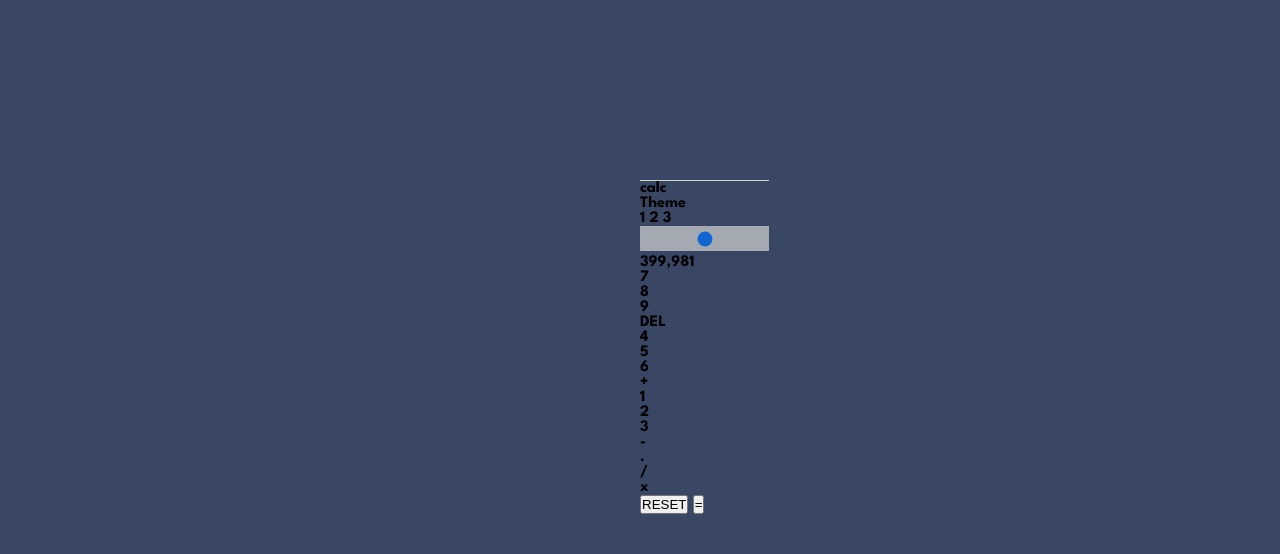
Repository: DevLaukey/calc-with-css-js
Page: index.html
An editor plug-in stored every save of this project. The page is shown before and after the next save, followed by the edit.
The browser window is 1280 px wide. The pictures show the whole page.

Above is the page before, as saved 2022-05-18 12:21:46.

### index.html
<!DOCTYPE html>
<html lang="en">
  <head>
    <meta charset="UTF-8" />
    <meta http-equiv="X-UA-Compatible" content="IE=edge" />
    <meta name="viewport" content="width=device-width, initial-scale=1.0" />
    <title>Calculator</title>
    <link rel="stylesheet" href="./styles.css" />
    <link rel="preconnect" href="https://fonts.googleapis.com" />
    <link rel="preconnect" href="https://fonts.gstatic.com" crossorigin />
    <link
      href="https://fonts.googleapis.com/css2?family=League+Spartan:wght@700&display=swap"
      rel="stylesheet"
    />
  </head>
  <body>
    <div class="body">
      <header class="calculator__header">
        <div class="calculator__name">
          <p>calc</p>
        </div>
        <div class="calculator__slider">
          <p class="calculator__smallText">Theme</p>
          <div class="calculator__block">
            <p>1 2 3</p>
            <input class="slider" type="range" min="1" max="3" name="" id="" />
          </div>
        </div>
      </header>
      <div class="calculator__display">
        <p class="calculator__solution">399,981</p>
      </div>
      <div class="calculator__input">
        <div class="calculator__row">
          <p class="calculator__button seven">7</p>
          <p class="calculator__button eight">8</p>
          <p class="calculator__button nine">9</p>
          <p class="calculator__button del">DEL</p>
          <p class="calculator__button four">4</p>
          <p class="calculator__button five">5</p>
          <p class="calculator__button six">6</p>
          <p class="calculator__button plus">+</p>
          <p class="calculator__button one">1</p>
          <p class="calculator__button two">2</p>
          <p class="calculator__button three">3</p>
          <p class="calculator__button minus">-</p>
          <p class="calculator__button dot">.</p>
          <p class="calculator__button slash">/</p>
          <p class="calculator__button multiply">x</p>
          <div class="calculator__control">
            <button class="control reset">RESET</button>
            <button class="control equals">=</button>
          </div>
        </div>
      </div>
    </div>
  </body>
</html>

### styles.css
*{
    margin:0;
    padding:0;
    box-sizing: border-box;

}

body{
    background-color: hsl(222, 26%, 31%);
}
.body{
    font-family: 'League Spartan', sans-serif;
 position: fixed; /* or absolute */
  top:25%;
  left: 50%;
  border-top: 1px solid #d3d3d3;

}
.text{

}
.numbers{

}



.slider {
  -webkit-appearance: none;
   /* width: 100%; */
  height: 25px;
  background: #d3d3d3;
  /* outline: none; */
  opacity: 0.7;
  -webkit-transition: .2s;
  transition: opacity .2s;
}

.slider:hover {
  opacity: 1;
}
.slider::-webkit-slider-thumb {
  /* -webkit-appearance: none; */
  /* appearance: none; */
  width: 25px;
  height: 25px;
  background: #04AA6D;
  cursor: pointer;
}

.slider::-moz-range-thumb {
  width: 25px;
  height: 25px;
  background: #04AA6D;
  cursor: pointer;
}

After the next save:
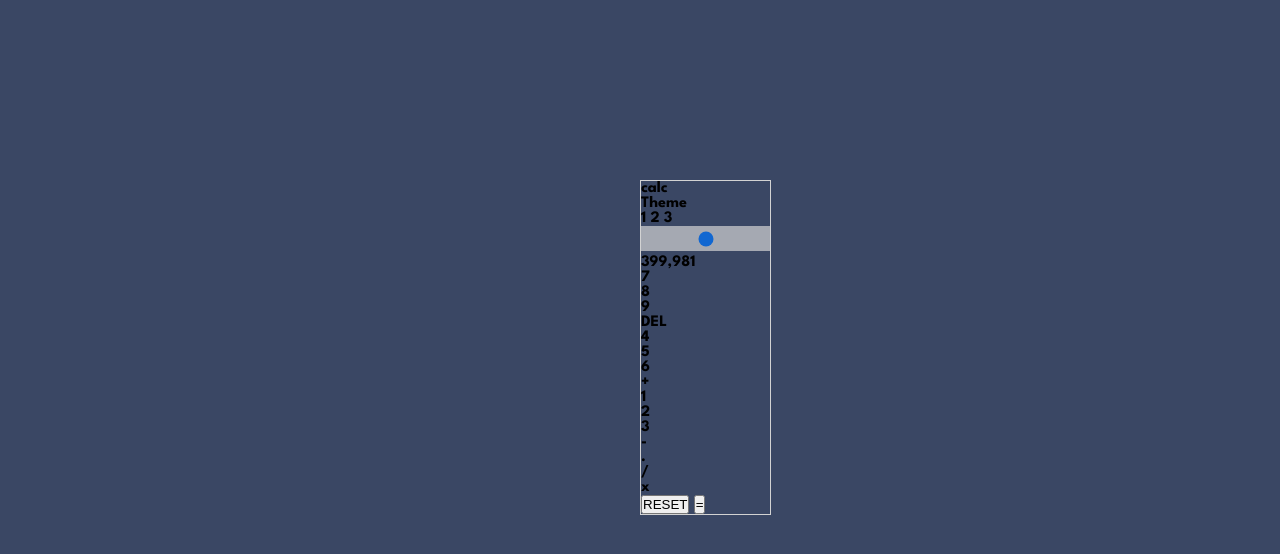
Saved 8 s later.
--- a/styles.css
+++ b/styles.css
@@ -13,7 +13,7 @@ body{
  position: fixed; /* or absolute */
   top:25%;
   left: 50%;
-  border-top: 1px solid #d3d3d3;
+  border: 1px solid #d3d3d3;
 
 }
 .text{
